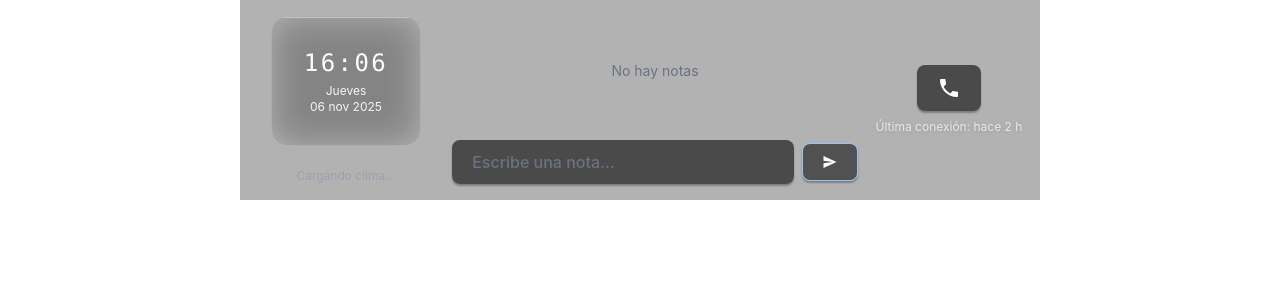
Repository: CodeByEvans/my-romantic-widget
Page: /
The author's editor kept a copy of each file at every save. The page is drawn from the files as they stood at one save, then again after the next save.
The browser window is 1280 px wide. The pictures show the whole page.
The first visible `button` is being pressed.
The page's requests for data from a server got no answer. The project was rebuilt for these pictures with package versions that can differ from the ones it lists, and the page was loaded fresh each time. No one was signed in, and anything a server would have sent is missing. Also part of the build but not shown: vite.config.ts.

Above is the page before, as saved 2025-11-07 13:13:54.

### src/App.tsx
import "./App.css";
import { Clock } from "./components/Clock";
import { WeatherWidget } from "./components/WeatherWidget";
import { NotesList } from "./components/NotesList";
import { NoteInput } from "./components/NoteInput";
import { CallButton } from "./components/CallButton";

function App() {
  return (
    <main data-tauri-drag-region data-theme="glass">
      {/* Clima + Reloj */}
      <section className="flex flex-col justify-between items-center h-full w-[180px] gap-2">
        <Clock />
        <WeatherWidget />
      </section>

      {/* Notas + input */}
      <section className="flex flex-col justify-between h-full flex-1">
        <NotesList />
        <NoteInput />
      </section>

      {/* Llamada */}
      <section className="flex flex-col justify-center items-center h-full w-[150px]">
        <CallButton />
        <p className="text-xs text-gray-200 mt-2 drop-shadow-sm">
          Última conexión: hace 2 h
        </p>
      </section>
    </main>
  );
}

export default App;

### src/App.css
@import "tailwindcss";

/* ======== CONFIGURACIÓN BASE ======== */
:root {
  font-family: Inter, Avenir, Helvetica, Arial, sans-serif;
  font-size: 16px;
  line-height: 24px;
  font-weight: 400;
  color: #f6f6f6;
  font-synthesis: none;
  text-rendering: optimizeLegibility;
  -webkit-font-smoothing: antialiased;
  -moz-osx-font-smoothing: grayscale;
  -webkit-text-size-adjust: 100%;
}

[data-theme="glass"] {
  /* Fondo general translúcido */
  --surface-bg: rgba(0, 0, 0, 0.3);
  --surface-border: rgba(255, 255, 255, 0.15);
  --surface-blur: blur(18px) saturate(160%);

  /* === Inputs sólidos === */
  --input-bg: #be3030;
  --input-text: #1f2937;
  --input-placeholder: #6b7280;
  --input-border: #e5e7eb;
  --input-border-focus: #93c5fd;
  --focus-ring: #93c5fd;

  /* === Botones sólidos === */
  --button-bg: #3b82f6;
  --button-bg-hover: #2563eb;
  --button-text: #ffffff;
  --button-border: #93c5fd;
}

/* ======== ESTILO GLOBAL DE LA APP ======== */
main {
  position: relative;
  width: 800px;
  height: 200px;
  margin: 0 auto;
  display: flex;
  align-items: center;
  justify-content: space-between;
  gap: 1rem;
  padding: 1rem;

  /* Fondo cristal oscuro */
  background: var(--surface-bg);
  backdrop-filter: var(--surface-blur);
  -webkit-app-region: drag; /* Permitir mover la ventana */
}

/* ======== ELEMENTOS ======== */
input,
button {
  border-radius: 8px;
  border: 1px solid transparent;
  padding: 0.6em 1.2em;
  font-size: 1em;
  font-weight: 500;
  font-family: inherit;
  color: #fff;
  background-color: rgba(30, 30, 30, 0.7);
  transition: border-color 0.25s, background-color 0.25s;
  box-shadow: 0 2px 2px rgba(0, 0, 0, 0.3);
  -webkit-app-region: no-drag;
}

input::placeholder {
  color: var(--input-placeholder);
}

input:focus {
  border-color: var(--input-border-focus);
  outline: none;
}

button:hover {
  border-color: var(--button-border);
}

button:active {
  background-color: rgba(40, 40, 40, 0.7);
}

/* Enlaces */
a {
  font-weight: 500;
  color: #61dafb;
  text-decoration: inherit;
}

a:hover {
  color: #24c8db;
}

/* Otros elementos */
h1 {
  text-align: center;
}

.theme-glass {
  border-radius: 16px;
  border: 1px solid rgba(255, 255, 255, 0.15);
  background: rgba(255, 255, 255, 0.05);
  backdrop-filter: blur(18px) saturate(160%);
  position: relative;
  overflow: hidden;
}

/* Capa de brillo sutil */
.theme-glass::before {
  content: "";
  position: absolute;
  inset: 0;
  background: rgba(255, 255, 255, 0.1);
  opacity: 0;
  transition: opacity 0.5s;
}

.theme-glass:hover::before {
  opacity: 0.2;
}

/* Reflejo superior */
.theme-glass::after {
  content: "";
  position: absolute;
  top: 0;
  left: 0;
  right: 0;
  height: 1px;
  background: rgba(255, 255, 255, 0.4);
}

### src/components/Clock.tsx
import { useEffect, useState } from "react";

export const Clock = () => {
  const [time, setTime] = useState(new Date());

  useEffect(() => {
    const interval = setInterval(() => {
      setTime(new Date());
    }, 1000);
    return () => clearInterval(interval);
  }, []);

  const hours = time.getHours().toString().padStart(2, "0");
  const minutes = time.getMinutes().toString().padStart(2, "0");

  const day = time.toLocaleDateString("es-ES", { weekday: "long" });
  const date = time.toLocaleDateString("es-ES", {
    day: "2-digit",
    month: "short",
    year: "numeric",
  });

  return (
    <div className=" rounded-xl  px-3 py-2 flex flex-col items-center justify-center w-[150px] h-[130px] theme-glass ">
      <p className="text-2xl font-mono tracking-widest text-white">
        {hours}:{minutes}
      </p>
      <p className="text-xs text-white-600 mt-1 capitalize">{day}</p>
      <p className="text-xs text-white-500">{date}</p>
    </div>
  );
};

### src/components/WeatherWidget.tsx
import { JSX } from "react";
import { useWeather } from "../hooks/useWeather";
import {
  WiDaySunny,
  WiCloud,
  WiRain,
  WiSnow,
  WiThunderstorm,
  WiFog,
  WiDayHaze,
} from "react-icons/wi";

const weatherStyles: Record<string, { icon: JSX.Element }> = {
  Thunderstorm: {
    icon: <WiThunderstorm size={32} />,
  },
  Drizzle: {
    icon: <WiRain size={32} />,
  },
  Rain: {
    icon: <WiRain size={32} />,
  },
  Snow: {
    icon: <WiSnow size={32} />,
  },
  Mist: {
    icon: <WiFog size={32} />,
  },
  Haze: {
    icon: <WiDayHaze size={32} />,
  },
  Clear: {
    icon: <WiDaySunny size={32} />,
  },
  Clouds: {
    icon: <WiCloud size={32} />,
  },
  Fog: {
    icon: <WiFog size={32} />,
  },
};

export const WeatherWidget = () => {
  const { data, loading, errorWeather } = useWeather();

  if (errorWeather)
    return <div className="text-xs text-red-400">{errorWeather}</div>;
  if (loading || !data)
    return <div className="text-xs text-gray-400">Cargando clima...</div>;

  const [city, info] = Object.entries(data)[0] || [];
  const temp = Math.round(info.main.temp);
  const condition = info.weather[0].main;

  const style = weatherStyles[condition] || weatherStyles["Clouds"];

  return (
    <div
      className={`theme-glass flex flex-col items-center justify-center
                  w-[150px] h-[100px] transition-all duration-500`}
    >
      <div className="flex items-center gap-4">
        <div className="animate-pulse-slow">{style.icon}</div>
        <div className="flex flex-col items-start leading-tight">
          <h2 className="text-xs font-semibold tracking-wide drop-shadow-sm">
            {city}
          </h2>
          <p className="text-lg font-bold drop-shadow-sm">{temp}°C</p>
        </div>
      </div>
    </div>
  );
};

### src/components/NotesList.tsx
import { useRealTimeNotes } from "../hooks/useRealTimeNotes";

export const NotesList = () => {
  const notes = useRealTimeNotes();

  const sortedNotes = [...notes].sort(
    (a, b) =>
      new Date(b.created_at).getTime() - new Date(a.created_at).getTime()
  );

  const noteToShow = sortedNotes[0];
  if (!noteToShow)
    return (
      <div className="flex items-center justify-center h-[110px] text-gray-500 text-sm">
        No hay notas
      </div>
    );

  return (
    <div className="bg-white rounded-xl backdrop-blur-sm shadow-inner p-3 h-[110px] overflow-hidden">
      <div className="flex justify-between items-center mb-1">
        <h3 className="font-semibold text-sm text-gray-700">
          {noteToShow.from}
        </h3>
        <small className="text-xs text-gray-400">
          {new Date(noteToShow.created_at).toLocaleString()}
        </small>
      </div>
      <p className="text-gray-700 text-sm italic line-clamp-3">
        {noteToShow.message}
      </p>
    </div>
  );
};

### src/components/NoteInput.tsx
import { IoMdSend } from "react-icons/io";

export const NoteInput = () => {
  return (
    <form className="flex items-center gap-2 mt-2">
      <input
        type="text"
        placeholder="Escribe una nota..."
        className="flex-1 text-sm px-3 py-2 rounded-lg 0 focus:outline-none focus:ring-2 focus:ring-blue-300 transition-all"
      />
      <button type="submit" className="p-2 rounded-full ">
        <IoMdSend size={16} />
      </button>
    </form>
  );
};

### src/components/CallButton.tsx
import { IoMdCall } from "react-icons/io";

export const CallButton = () => {
  return (
    <div className="flex flex-col items-center justify-center">
      <button className="p-4 bg-green-500 text-white rounded-full shadow-md hover:bg-green-600 hover:scale-105 transition-transform">
        <IoMdCall size={24} />
      </button>
    </div>
  );
};

### src/hooks/useWeather.ts
import { useEffect, useState } from "react";
import {
  getCityByCoordinates,
  getWeatherByCity,
} from "../services/weatherService";
import { WeatherData } from "../types/weather";
import { useGeolocation } from "./useGeolocation";

export const useWeather = () => {
  const { coords, error } = useGeolocation();
  const [data, setData] = useState<Record<string, WeatherData> | null>(null);
  const [loading, setLoading] = useState<boolean>(false);
  const [errorWeather, setErrorWeather] = useState<string | null>(null);

  useEffect(() => {
    if (error) setErrorWeather(error);
  }, [error]);

  useEffect(() => {
    if (!coords) return;

    const fetchWeather = async () => {
      setLoading(true);
      try {
        const city = await getCityByCoordinates(
          coords.latitude,
          coords.longitude
        );
        const weather = await getWeatherByCity(city[0].name);
        setData({ [city[0].name]: weather });
      } catch (error) {
        console.error(error);
      } finally {
        setLoading(false);
      }
    };

    fetchWeather();
  }, [coords]);

  return { data, loading, errorWeather };
};

### src/hooks/useRealTimeNotes.ts
import { useEffect, useState } from "react";
import z from "zod";
import { supabase } from "../services/supabaseClient";

const noteSchema = z.object({
  id: z.number(),
  from: z.string(),
  message: z.string(),
  created_at: z.string(),
});

type Note = z.infer<typeof noteSchema>;

export const useRealTimeNotes = () => {
  const [notes, setNotes] = useState<Note[]>([]);

  useEffect(() => {
    // Cargar notas iniciales
    supabase
      .from<"notes", Note>("notes")
      .select("*")
      .then(({ data, error }) => {
        if (data) {
          setNotes(data);
          console.log("Notas cargadas:", data);
        } else {
          console.error("Error fetching notes:", error);
        }
      });

    // Suscripción en tiempo real
    const channel = supabase
      .channel("public:notes")
      .on(
        "postgres_changes",
        { event: "*", schema: "public", table: "notes" },
        (payload) => {
          console.log("Cambio dettectado:", payload);

          if (payload.eventType === "INSERT") {
            const newNote = noteSchema.parse(payload.new);
            setNotes((prevNotes) => [...prevNotes, newNote]);
            console.log("Nota añadida:", newNote);
          } else if (payload.eventType === "UPDATE") {
            setNotes((prev) =>
              prev.map((note) =>
                note.id === payload.new.id
                  ? noteSchema.parse(payload.new)
                  : note
              )
            );
          } else if (payload.eventType === "DELETE") {
            setNotes((prev) =>
              prev.filter((note) => note.id !== payload.old.id)
            );
          }
        }
      )
      .subscribe();

    return () => {
      supabase.removeChannel(channel);
    };
  }, []);

  return notes;
};

### src/services/weatherService.ts
import { envs } from "../config/envs";

export const getWeatherByCity = async (city: string) => {
  const response = await fetch(
    `https://api.openweathermap.org/data/2.5/weather?q=${city}&appid=${envs.openWeatherApiKey}&units=metric`
  );

  if (!response.ok) {
    throw new Error("No se pudo obtener el clima");
  }
  return response.json();
};

export const getCityByCoordinates = async (lat: number, lon: number) => {
  const response = await fetch(
    `https://api.openweathermap.org/geo/1.0/reverse?lat=${lat}&lon=${lon}&limit=1&appid=${envs.openWeatherApiKey}`
  );

  if (!response.ok) {
    throw new Error("No se pudo obtener la ciudad");
  }

  return response.json();
};

### src/hooks/useGeolocation.ts
import { useEffect, useState } from "react";

export const useGeolocation = () => {
  const [coords, setCoords] = useState<{
    latitude: number;
    longitude: number;
  } | null>(null);
  const [error, setError] = useState<string | null>(null);

  useEffect(() => {
    if (!navigator.geolocation) {
      setError("Geolocalización no soportada por el navegador");
      return;
    }

    navigator.geolocation.getCurrentPosition(
      (position) => {
        setCoords({
          latitude: position.coords.latitude,
          longitude: position.coords.longitude,
        });
      },
      (err) => {
        setError(`Error obteniendo la geolocalización: ${err.message}`);
      }
    );
  }, []);

  return { coords, error };
};

### src/services/supabaseClient.ts
import { createClient } from "@supabase/supabase-js";
import { envs } from "../config/envs";

export const supabase = createClient(envs.supabaseUrl, envs.supabaseAnonKey, {
  realtime: {
    params: {
      eventsPerSecond: 10,
    },
  },
});

### src/config/envs.ts
import * as z from "zod";

const envSchema = z.object({
  VITE_SUPABASE_URL: z.string().url(),
  VITE_SUPABASE_ANON_KEY: z.string().min(1),
  VITE_OPEN_WEATHER_API_KEY: z.string().min(1),
});

const parsed = envSchema.parse(import.meta.env);

export const envs = {
  supabaseUrl: parsed.VITE_SUPABASE_URL,
  supabaseAnonKey: parsed.VITE_SUPABASE_ANON_KEY,
  openWeatherApiKey: parsed.VITE_OPEN_WEATHER_API_KEY,
};

Loaded but not shown: index.html (common file); src/main.tsx (common file)

After the next save:
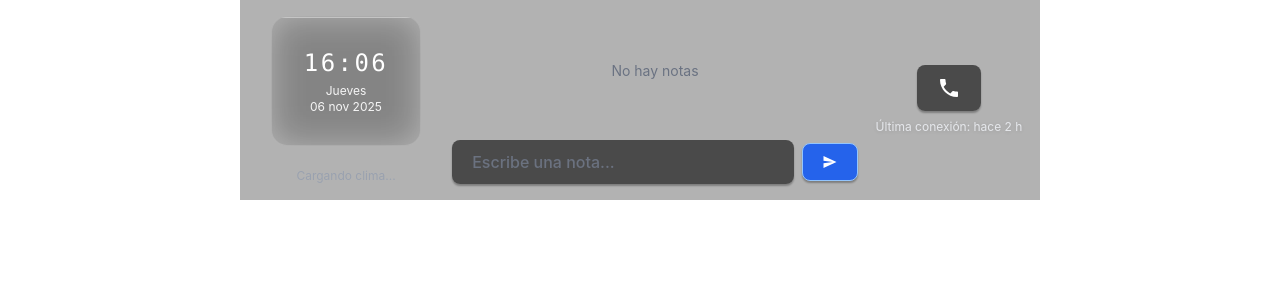
Saved 25 s later.
--- a/src/App.css
+++ b/src/App.css
@@ -83,7 +83,7 @@ button:hover {
 }
 
 button:active {
-  background-color: rgba(40, 40, 40, 0.7);
+  background-color: var(--button-bg-hover);
 }
 
 /* Enlaces */
